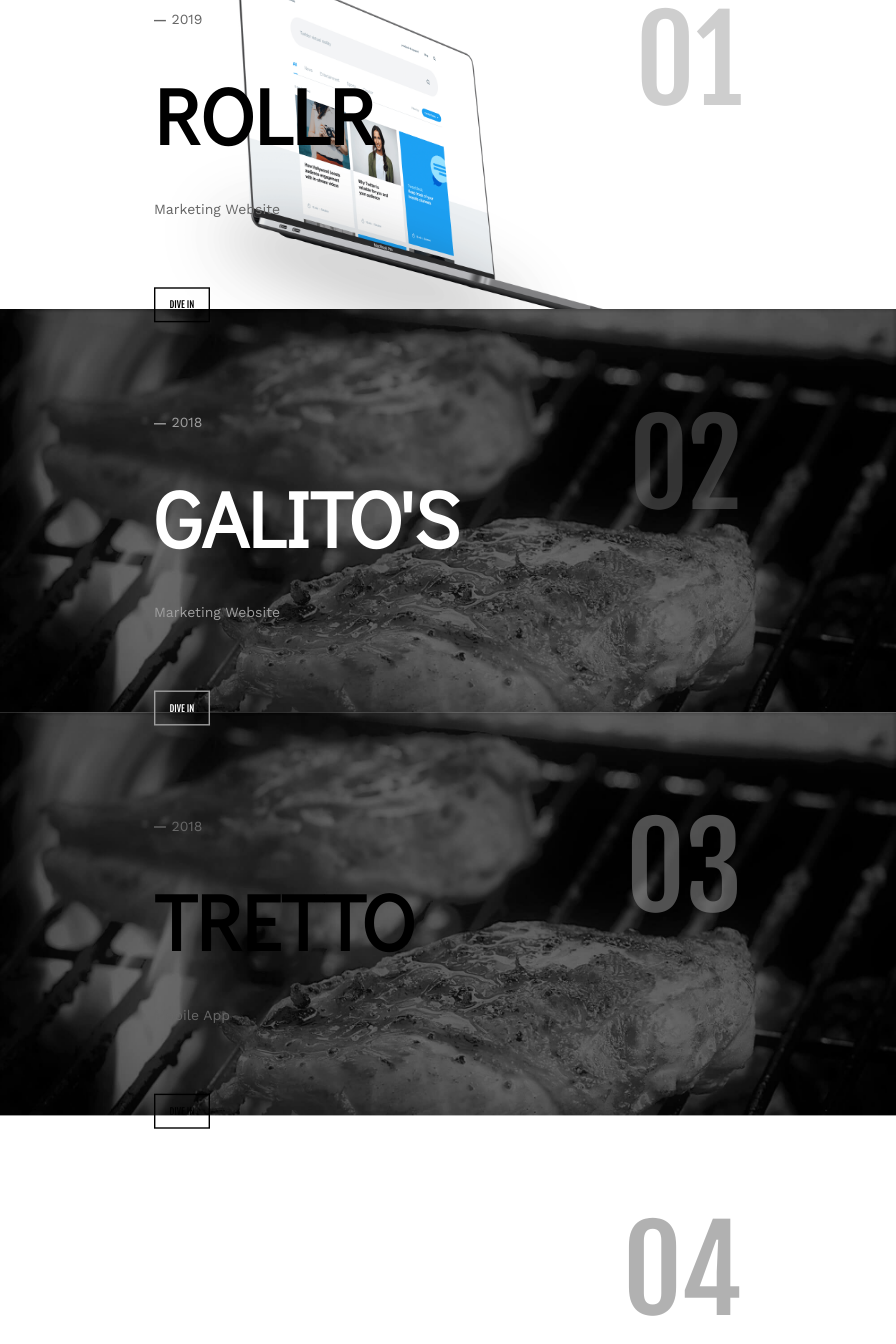
Repository: m0lt/DigitalDesigner
Page: index.html
These files come from the project's save history. The page is drawn as it stood at one moment and after the next save; the edit follows.
The browser window is 1280 px wide. The pictures show the part of the page from y = 2118 to 4038 px (the page is 4038 px tall), at 70% of full size.
Backgrounds fixed to the window are drawn as part of the page.

Above is the page before, as saved 2025-07-08 11:30:43.

### index.html
<!DOCTYPE html>
<html lang="en">
  <head>
    <meta charset="UTF-8" />
    <meta name="viewport" content="width=device-width, initial-scale=1.0" />
    <link rel="stylesheet" href="./assets/css/styles.css" />
    <link rel="stylesheet" href="./assets/css/styles.css" />
    <title>Project 1</title>
  </head>
  <body>
    <header></header>
    <main>
      <section class="hero">
        <p>Super Portfolio of</p>
        <h1>DIGITAL<br />DESIGNER</h1>
        <img src="./assets/img/portfolio1.jpeg" alt="Man Jumping on Rock" />
        <p>WORK</p>
      </section>
      <section id="ORBIS" class="dark content">
        <p class="Year">2019</p>
        <h2>ORBIS</h2>
        <p>Corporate Website</p>
        <button>DIVE IN</button>
        <p class="number">01</p>
      </section>
      <section id="ROLLR" class="light content">
        <p class="Year">2019</p>
        <h2>ROLLR</h2>
        <p>Marketing Website</p>
        <button>DIVE IN</button>
        <p class="number">02</p>
      </section>
      <section id="GALITOS" class="dark content">
        <p class="Year">2018</p>
        <h2>GALITO'S</h2>
        <p>Marketing Website</p>
        <button>DIVE IN</button>
        <p class="number">03</p>
      </section>
      <section id="TRETTO" class="light content">
        <p class="Year">2018</p>
        <h2>TRETTO</h2>
        <p>Mobile App</p>
        <button>DIVE IN</button>
        <p class="number">04</p>
      </section>
      <section></section>
    </main>
    <footer></footer>
  </body>
</html>

### assets/css/styles.css
* {
  box-sizing: border-box;
  margin: 0;
  padding: 0;
}

:root {
  --void: #000;
  --bright: #fff;
  --dark: #333;
  --mid: #666;
  --light: #9e9e9e;
  --font-size: 16px;
}

@font-face {
  font-family: "Didact Gothic";
  src: url(../font/Didact_Gothic/DidactGothic-Regular.ttf);
}
@font-face {
  font-family: "Fjalla One";
  src: url(../font/Fjalla_One/FjallaOne-Regular.ttf);
}
@font-face {
  font-family: "Work Sans";
  src: url(../font/Work_Sans/WorkSans-VariableFont_wght.ttf);
}

html {
}

h1 {
  font-family: "Didact Gothic";
  font-size: 100px;
  font-weight: 100px;
  letter-spacing: -2px;
  margin: 30px;
}

h2 {
  font-family: "Didact Gothic";
  font-size: 112px;
  padding: 50px 0 50px 0;
}

.content {
  margin: 0 auto;
  padding: 150px 220px;
  height: 80vh;
  background-repeat: no-repeat;
  background-attachment: fixed;
  background-size: cover;
}

.content p {
  font-family: "Work Sans";
  font-size: 20px;
}

/* Strich vor der Jahreszahl */
.Year::before {
  content: "";
  display: inline-block;
  width: 17px;
  height: 2px;
  margin-right: 8px;
  vertical-align: middle;
}

button {
  border-width: 2px;
  border-style: solid;
  padding: 15px 20px;
  margin: 100px 0;
  background-color: transparent;
  font-family: "Fjalla One";
}

p.number {
  font-size: 165px;
  opacity: 50%;
  font-family: "Fjalla One";
  text-align: end;
}

/* !=============Color Scheme: Dark=============== */
.dark p {
  color: var(--light);
}
.dark h2 {
  color: var(--bright);
}
.dark button {
  border-color: var(--light);
  color: var(--bright);
}
.dark .Year::before {
  background-color: var(--light);
}

/* !=============Color Scheme: Light=============== */

.light p {
  color: var(--mid);
}
.light h2 {
  color: var(--void);
}
.light button {
  border-color: var(--void);
  color: var(--void);
}
.light .Year::before {
  background-color: var(--mid);
}

/* #==============Sections=============== */

.hero {
  text-align: center;
  margin: 20px;
}
.hero p {
  font-family: "Work Sans";
}
.hero p:nth-of-type(1) {
  font-size: 20px;
}
.hero p:nth-of-type(2) {
  margin: 50px;
  font-size: 160px;
}

#ORBIS {
  background-image: url("../img/portfolio2.jpg");
}

#ROLLR {
  background-image: url("../img/portfolio3.png");
}

#GALITOS {
  background-image: url("../img/portfolio4.jpg");
}

#TRETTO {
  background-image: url("../img/portfolio4.jpg");
}

After the next save:
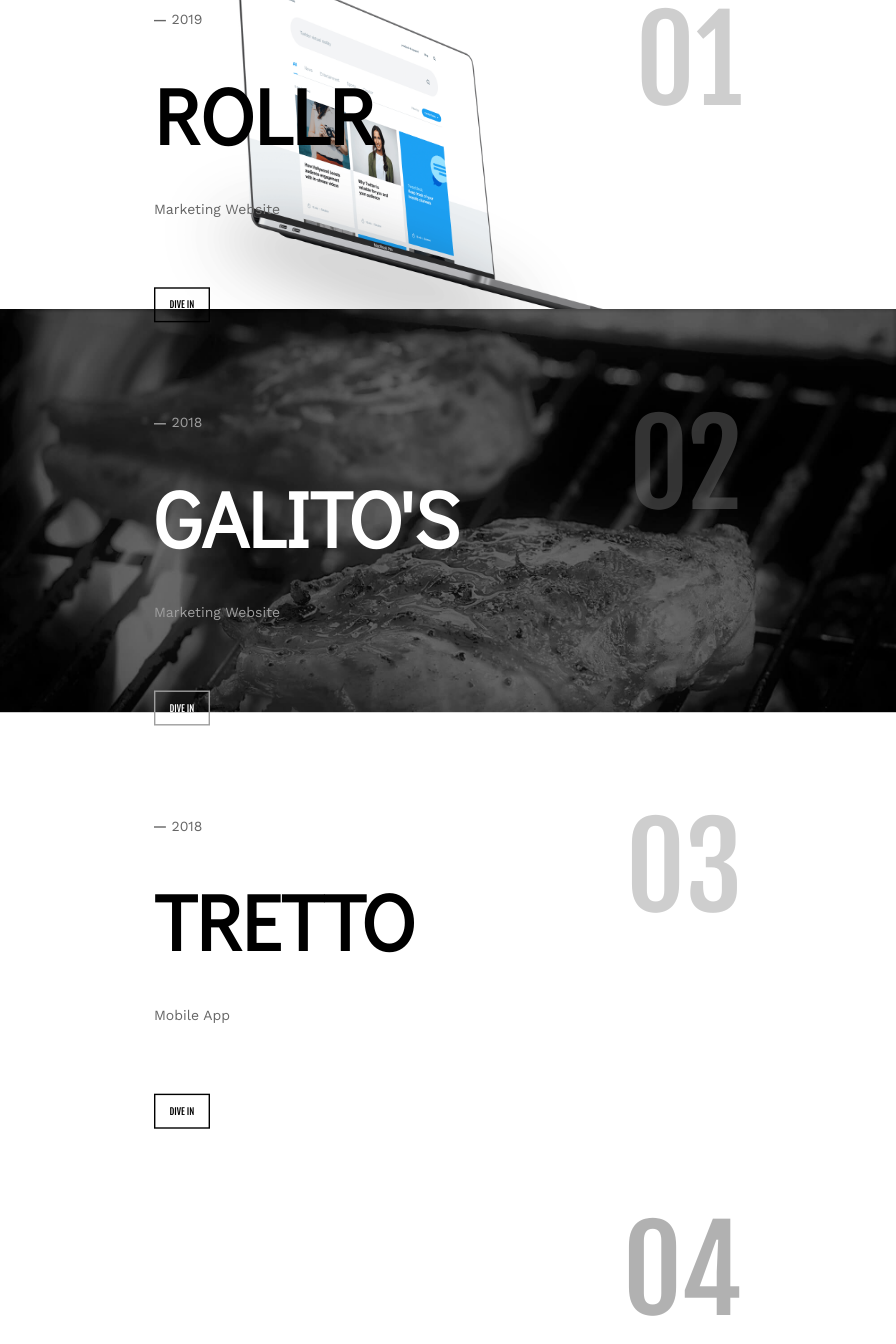
Not found: assets/img/portfolio5.jpg
Saved 28 s later.
--- a/assets/css/styles.css
+++ b/assets/css/styles.css
@@ -144,5 +144,5 @@
 }
 
 #TRETTO {
-  background-image: url("../img/portfolio4.jpg");
+  background-image: url("../img/portfolio5.jpg");
 }

After the save that followed:
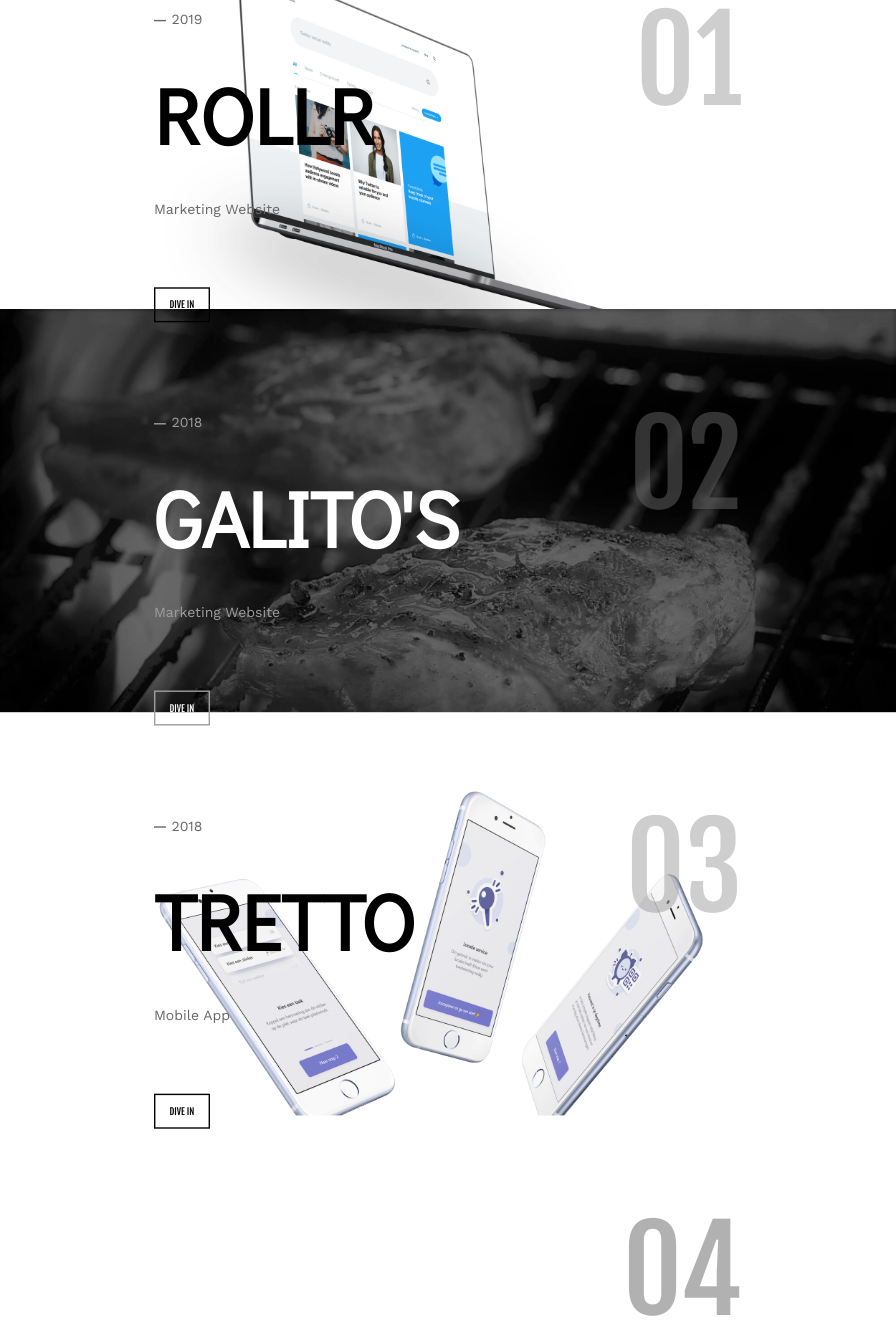
Saved 6 s later.
--- a/assets/css/styles.css
+++ b/assets/css/styles.css
@@ -144,5 +144,5 @@
 }
 
 #TRETTO {
-  background-image: url("../img/portfolio5.jpg");
+  background-image: url("../img/portfolio5.png");
 }
